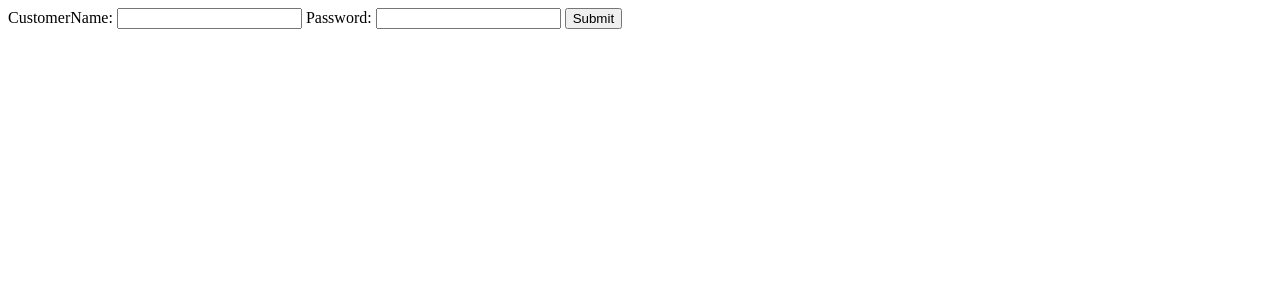
Repository: Rama-13/LaunchPadAllFiles
Page: java-workspace/SecondWebProject/WebContent/Welcome.html
These files come from the project's save history. The page is drawn as it stood at one moment and after the next save; the edit follows.
The browser window is 1280 px wide. The pictures show the whole page.

Above is the page before, as saved 2019-07-29 06:05:26.

After the next save:
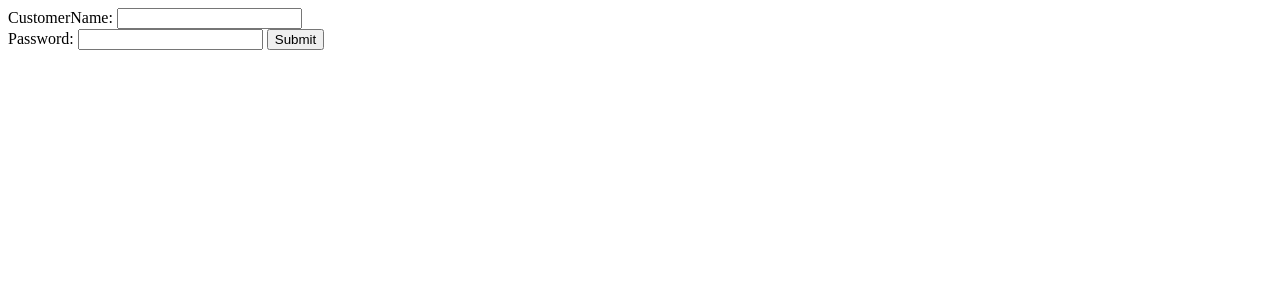
Saved 8 s later.
--- a/java-workspace/SecondWebProject/WebContent/Welcome.html
+++ b/java-workspace/SecondWebProject/WebContent/Welcome.html
@@ -6,7 +6,7 @@
 </head>
 <body>
 <form action = "products.html">
-CustomerName: <input type = "text" name = "customerName">
+CustomerName: <input type = "text" name = "customerName"></br>
 Password: <input type = "text" id = "password" name = "password">
 <input type = "submit" name = "Login">
 
